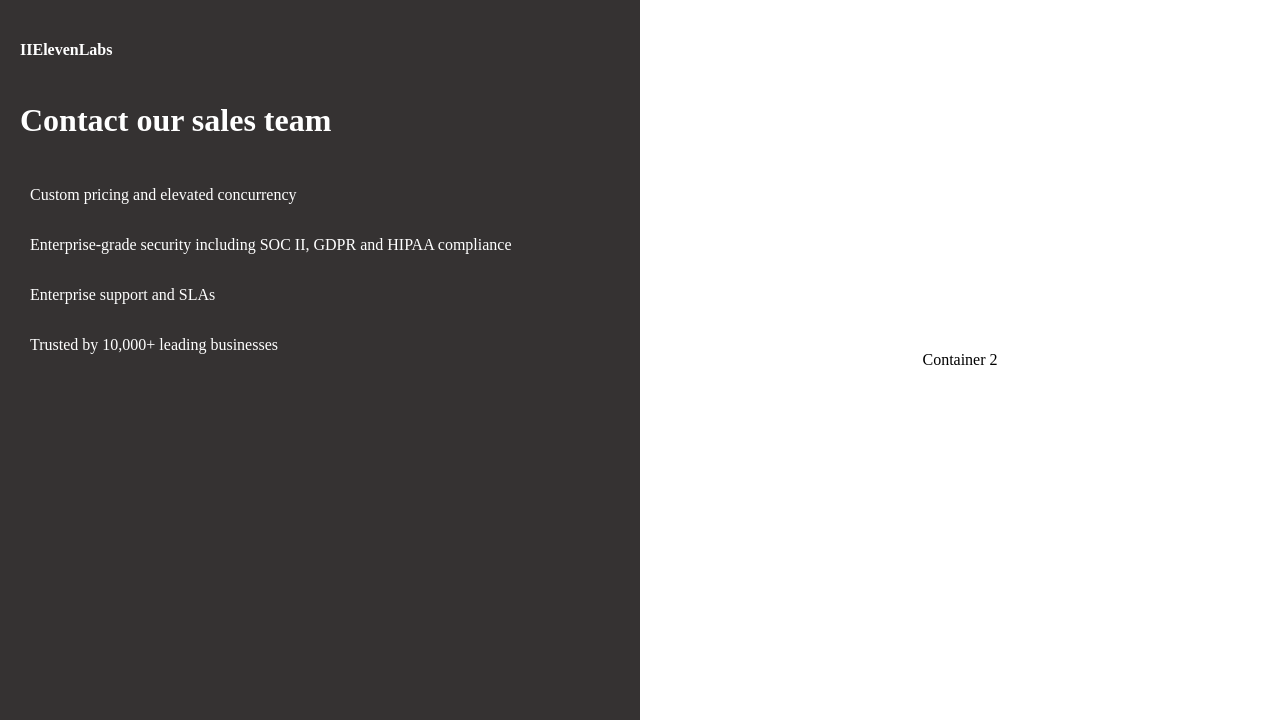
Repository: RohanSai22/harkirat-cohort-learnings
Page: Web/w1_a2.html
These files come from the project's save history. The page is drawn as it stood at one moment and after the next save; the edit follows.
The browser window is 1280 px wide. The pictures show the whole page.

Above is the page before, as saved 2026-03-24 12:11:31.

### Web/w1_a2.html
<html>
    <head>
        <title>Eleven Labs : Sales Page </title>
    </head>
    <body style="margin:0; padding:0">
        <div style ="min-height: 100vh; display: flex;">
            <div style="flex:1;background-color: rgb(53, 50, 50); color: white">
                <div style="display:flex;justify-content: space-between; flex-direction: column; margin: 20px;">
                    <h4>IIElevenLabs</h4>
                    <h1>Contact our sales team</h1>
                    <div style="display: flex; justify-content: space-evenly; flex-direction: column;margin:10px;">
                        <p>Custom pricing and elevated concurrency</p>
                        <p>Enterprise-grade security including SOC II, GDPR and HIPAA compliance</p>
                        <p>Enterprise support and SLAs</p>
                        <p>Trusted by 10,000+ leading businesses</p>
                    </div>
                </div>
            </div>
            <div style="flex:1;background-color: white;">
                 <div style="min-height:100vh; display: flex; justify-content: center; align-items: center;">
                    <div>
                        Container 2
                    </div>
                 </div>
            </div>
        </div>
    </body>
</html>

After the next save:
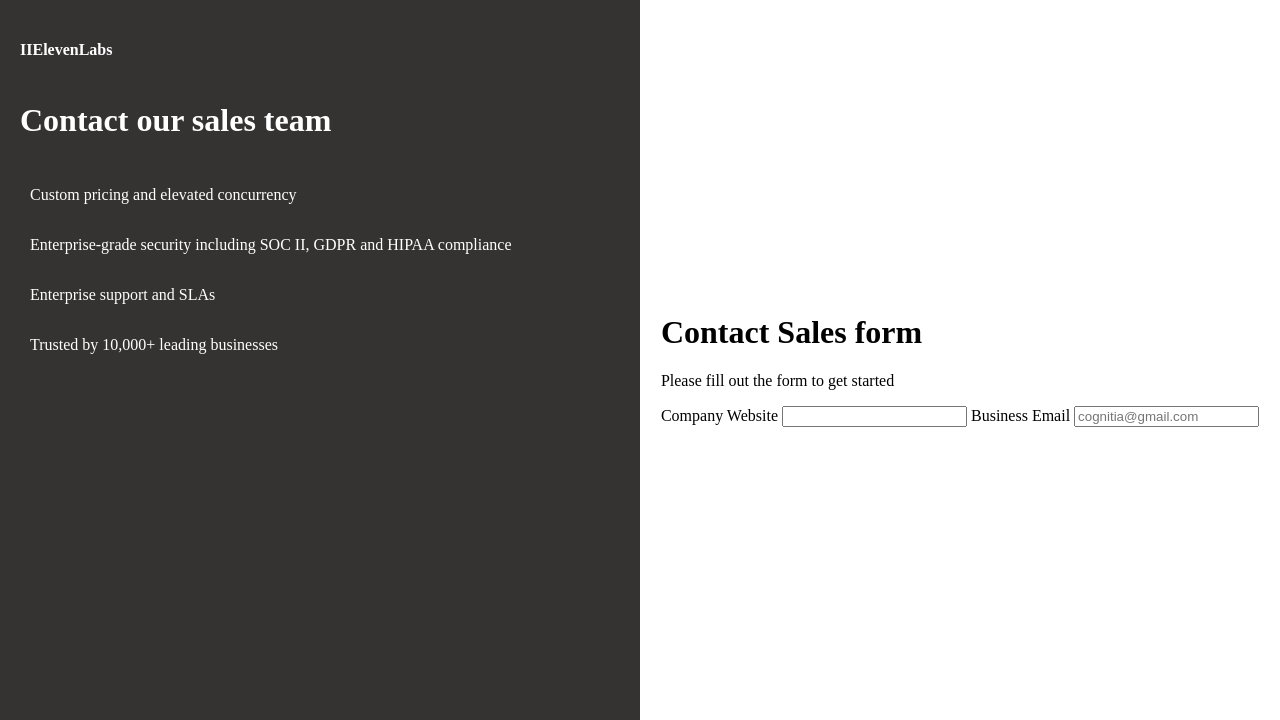
Saved 5 min 6 s later.
--- a/Web/w1_a2.html
+++ b/Web/w1_a2.html
@@ -19,7 +19,12 @@
             <div style="flex:1;background-color: white;">
                  <div style="min-height:100vh; display: flex; justify-content: center; align-items: center;">
                     <div>
-                        Container 2
+                        <h1>Contact Sales form</h1>
+                        <p>Please fill out the form to get started</p>
+                        <label>Company Website</label>
+                        <input type="url" aria-placeholder="https:www.cognitia.com">
+                        <label>Business Email</label>
+                        <input type="email" placeholder="cognitia@gmail.com"/>
                     </div>
                  </div>
             </div>
